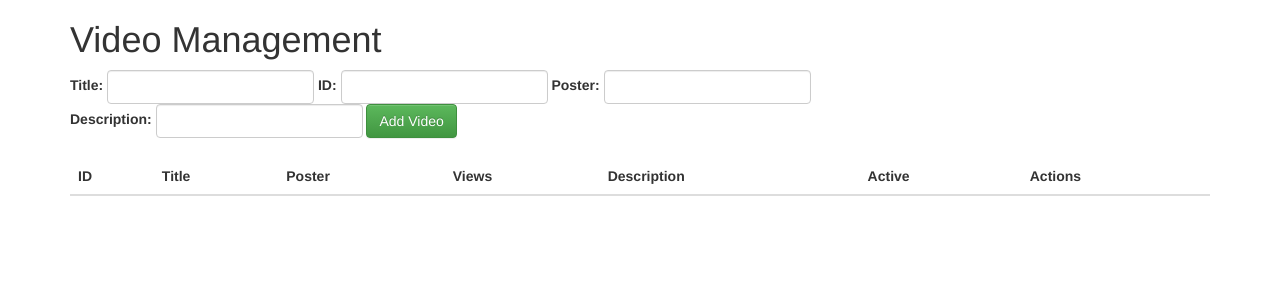
Repository: Hacorbie/Java-Servlet
Page: http://localhost/ASM_JV4/views/User.jsp
The author's editor kept a copy of each file at every save. The page is drawn from the files as they stood at one save, then again after the next save.
The browser window is 1280 px wide. The pictures show the whole page.
Some web libraries are served in a nearby version. The page is served by Tomcat 9. Other server files are loaded and not shown. The template is opened directly, without the code that normally fills it, so the values that code supplies are empty.

Above is the page before, as saved 2023-04-08 17:07:00.

### ASM_JV4/src/main/webapp/views/User.jsp
<%@ page language="java" contentType="text/html; charset=UTF-8" pageEncoding="UTF-8" %>
<%@ taglib uri="http://java.sun.com/jsp/jstl/core" prefix="c" %>
<!DOCTYPE html>
<html>
<head>
    <meta charset="UTF-8">
    <title>Video Management</title>
    <!-- Thêm các file CSS Bootstrap -->
    <link rel="stylesheet" href="https://maxcdn.bootstrapcdn.com/bootstrap/3.3.7/css/bootstrap.min.css">
    <link rel="stylesheet" href="https://maxcdn.bootstrapcdn.com/bootstrap/3.3.7/css/bootstrap-theme.min.css">
</head>
<body>
    <div class="container">
        <h1>Video Management</h1>
        <!-- Form thêm mới video -->
        <form method="post" action="VideoController" class="form-inline">
            <input type="hidden" name="action" value="add">
            <div class="form-group">
                <label for="title">Title:</label>
                <input type="text" class="form-control" id="title" name="title" required>
            </div>
            <div class="form-group">
                <label for="ID">ID:</label>
                <input type="text" class="form-control" id="ID" name="ID" required>
            </div>
            <div class="form-group">
                <label for="poster">Poster:</label>
                <input type="text" class="form-control" id="poster" name="poster" required>
            </div><br>
            <div class="form-group">
                <label for="description">Description:</label>
                <input type="text" class="form-control" id="description" name="description" required>
            </div>
            <button type="submit" class="btn btn-success">Add Video</button>
        </form>
        <br>
        <!-- Bảng hiển thị danh sách video -->
        <table class="table">
            <thead>
                <tr>
                    <th>ID</th>
                    <th>Title</th>
                    <th>Poster</th>
                    <th>Views</th>
                    <th>Description</th>
                    <th>Active</th>
                    <th>Actions</th>
                </tr>
            </thead>
            <tbody>
                <c:forEach var="video" items="${videos}">
                    <tr>
                        <td>${video.id}</td>
                        <td>${video.title}</td>
                        <td>${video.poster}</td>
                        <td>${video.views}</td>
                        <td>${video.description}</td>
                        <td>${video.active}</td>
                        <td>
                            <!-- Form chỉnh sửa video -->
                            <form method="post" action="VideoController" class="form-inline">
                                <input type="hidden" name="action" value="edit">
                                <input type="hidden" name="id" value="${video.id}">
                                <div class="form-group">
                                    <label for="title">Title:</label>
                                    <input type="text" class="form-control" id="title" name="title" value="${video.title}" required>
                                </div>
                                <div class="form-group">
                                    <label for="poster">Poster:</label>
                                    <input type="text" class="form-control" id="poster" name="poster" value="${video.poster}" required>
                                </div>
                                <div class="form-group">
                                    <label for="description">Description:</label>
<input type="text" class="form-control" id="description" name="description" value="${video.description}" required>
</div>
<div class="form-group">
<label for="views">Views:</label>
<input type="number" class="form-control" id="views" name="views" value="${video.views}" required>
</div>
<div class="form-group">
<label for="active">Active:</label>
<input type="checkbox" id="active" name="active" <c:if test="${video.active}">checked</c:if>>
</div>
<button type="submit" class="btn btn-primary">Update</button>
</form>
<!-- Form xóa video -->
<form method="post" action="VideoController" class="form-inline">
<input type="hidden" name="action" value="delete">
<input type="hidden" name="id" value="${video.id}">
<button type="submit" class="btn btn-danger">Delete</button>
</form>
</td>
</tr>
</c:forEach>
</tbody>
</table>
</div>
<!-- Thêm các file JavaScript Bootstrap -->
<script src="https://ajax.googleapis.com/ajax/libs/jquery/3.2.1/jquery.min.js"></script>
<script src="https://maxcdn.bootstrapcdn.com/bootstrap/3.3.7/js/bootstrap.min.js"></script>

</body>
</html>

After the next save:
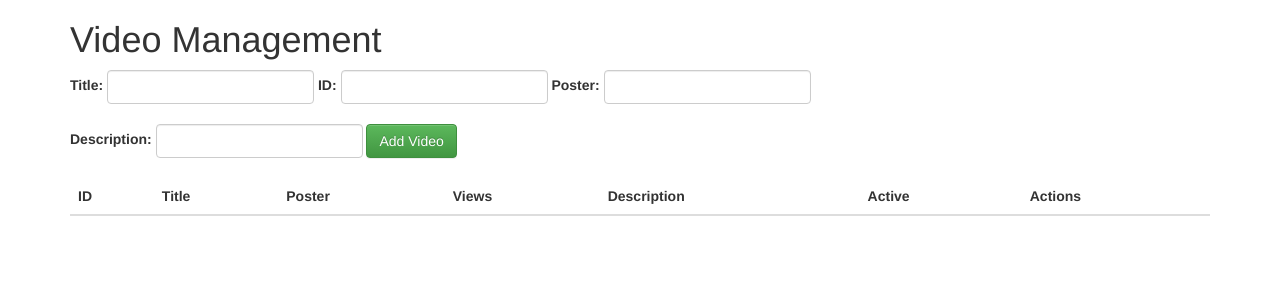
Saved 12 s later.
--- a/ASM_JV4/src/main/webapp/views/User.jsp
+++ b/ASM_JV4/src/main/webapp/views/User.jsp
@@ -26,7 +26,7 @@
             <div class="form-group">
                 <label for="poster">Poster:</label>
                 <input type="text" class="form-control" id="poster" name="poster" required>
-            </div><br>
+            </div><br><br>
             <div class="form-group">
                 <label for="description">Description:</label>
                 <input type="text" class="form-control" id="description" name="description" required>
